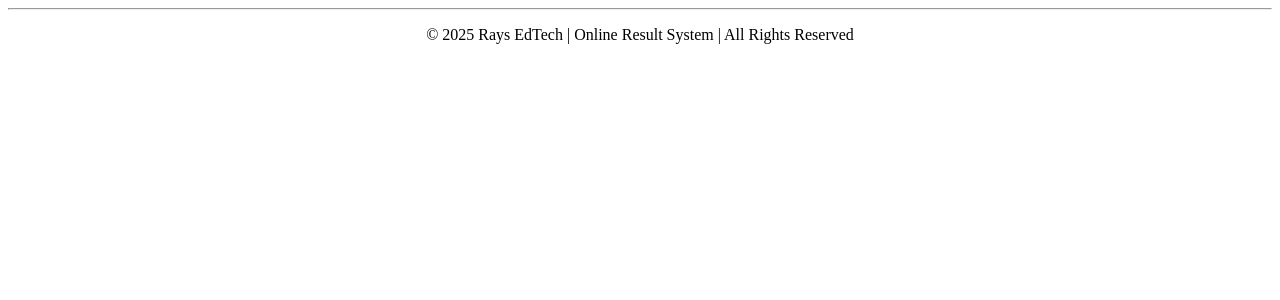
Repository: meet542/AdvanceJava
Page: http://localhost/Web-Project/Footer.jsp
An editor plug-in stored every save of this project. The page is shown before and after the next save, followed by the edit.
The browser window is 1280 px wide. The pictures show the whole page.
The page is served by Tomcat 9. Other server files are loaded and not shown.

Above is the page before, as saved 2026-08-22 07:04:31.

### jspServlet-Workspace/Web-Project/src/main/webapp/Footer.jsp
<%@ page language="java" contentType="text/html; charset=UTF-8"
	pageEncoding="UTF-8"%>
<!DOCTYPE html>
<html>
<head>
<meta charset="UTF-8">
<title>Insert title here</title>
</head>
<body>

	<hr>
	<div align="center">
		<Footer>
			<p>© 2025 Rays EdTech | Online Result System | All Rights
				Reserved</p>
		</Footer>
	</div>

</body>
</html>

After the next save:
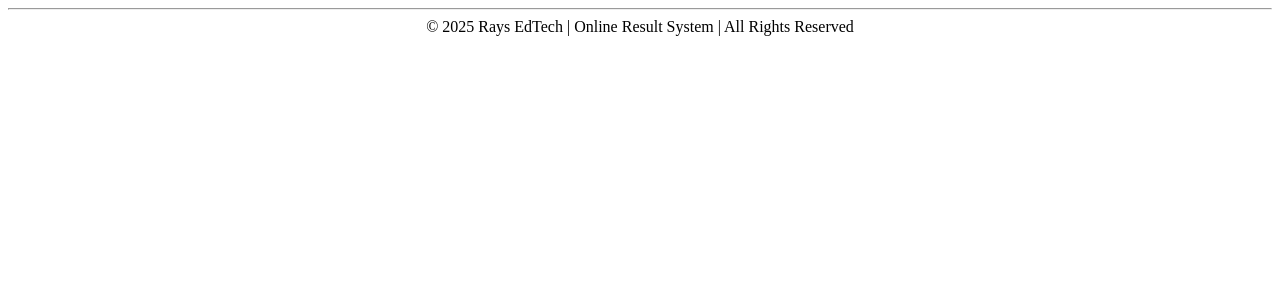
Saved 80 s later.
--- a/jspServlet-Workspace/Web-Project/src/main/webapp/Footer.jsp
+++ b/jspServlet-Workspace/Web-Project/src/main/webapp/Footer.jsp
@@ -11,7 +11,7 @@
 	<hr>
 	<div align="center">
 		<Footer>
-			<p>© 2025 Rays EdTech | Online Result System | All Rights
+			© 2025 Rays EdTech | Online Result System | All Rights
 				Reserved</p>
 		</Footer>
 	</div>
